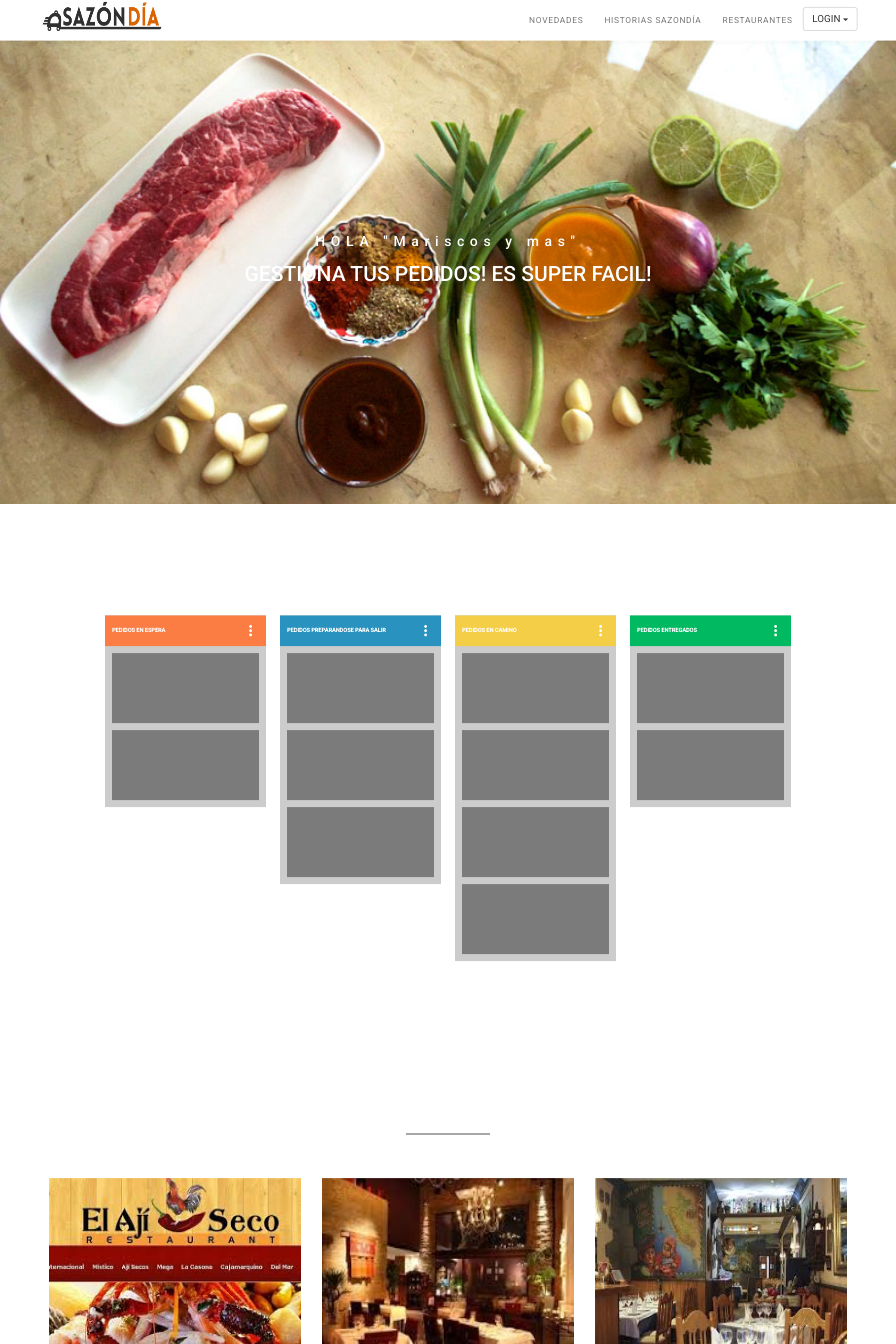
Repository: Liscoder/sazondia
Page: restaurant_kanban.html
The author's editor kept a record of every edit. The page is drawn from the files as they stood at one moment, then again after the next edit.
The browser window is 1280 px wide. The pictures show the part of the page from y = 0 to 1920 px (the page is 3436 px tall), at 70% of full size.
Backgrounds fixed to the window are drawn as part of the page.

Above is the page before.
Console error: ReferenceError: dragula is not defined
Not found: css/nivo_themes/default/default.css

### restaurant_kanban.html
<!DOCTYPE html>
<html lang="en">
<head>
	<meta charset="utf-8">
	<title>SAZONDÍA</title>

	<meta http-equiv="X-UA-Compatible" content="IE=Edge">
	<meta name="viewport" content="width=device-width, initial-scale=1">
	<meta name="keywords" content="">
	<meta name="description" content="">

	<link rel="stylesheet" href="css/bootstrap.min.css">
	<link rel="stylesheet" href="css/animate.min.css">
	<link rel="stylesheet" href="css/font-awesome.min.css">
	<link rel="icon" href="images/favicon.ico" type="image/x-icon">
	<link rel="stylesheet" href="css/nivo-lightbox.css">
	<link rel="stylesheet" href="css/nivo_themes/default/default.css">
	<link rel="stylesheet" href="css/kanban.css">
	<link rel="stylesheet" href="css/style.css">

	<link href='https://fonts.googleapis.com/css?family=Roboto:400,500' rel='stylesheet' type='text/css'>
</head>
<body>

<!-- preloader section -->
<section class="preloader">
	<div class="sk-spinner sk-spinner-pulse"></div>
</section>

<!-- navigation section -->
<section class="navbar navbar-default navbar-fixed-top" role="navigation">
	<div class="container">
		<div class="navbar-header">
			<button class="navbar-toggle" data-toggle="collapse" data-target=".navbar-collapse">
				<span class="icon icon-bar"></span>
				<span class="icon icon-bar"></span>
				<span class="icon icon-bar"></span>
			</button>
			<a href="https://sazondeldia-liscoder.c9users.io/index.html"  class="navbar-brand"><img class="logo" src="images/logo.png"></img></a>
		</div>
		<div class="collapse navbar-collapse">
			<ul class="nav navbar-nav navbar-right">
				<li><a href="#menu" class="smoothScroll">NOVEDADES</a></li>
				<li><a href="#gallery" class="smoothScroll">HISTORIAS SAZONDÍA</a></li>
				<li><a href="#team" class="smoothScroll">RESTAURANTES</a></li>

				  <button class="btn btn-default login dropdown-toggle" type="button" id="dropdownMenu1" data-toggle="dropdown" aria-haspopup="true" aria-expanded="true">
				    LOGIN
				    <span class="caret"></span>
				  </button>
				  <ul class="dropdown-menu" aria-labelledby="dropdownMenu1">
				    <li><a href="https://sazondeldia-liscoder.c9users.io/resultados_cliente.html">USUARIO</a></li>
				    <li><a href="https://sazondeldia-liscoder.c9users.io/calendar_restaurante.html">RESTAURANTE</a></li>
				    <li><a href="https://sazondeldia-liscoder.c9users.io/restaurant_kanban.html">GESTION DE PEDIDOS</a></li>
				  </ul>
			</ul>
		</div>
	</div>
</section>



<!-- home section -->
<section id="home" class="parallax-section">
	<div class="container">
		<div class="row">
			<div class="col-md-12 col-sm-12">
				<h1>HOLA "Mariscos y mas"</h1>
				<h2>GESTIONA TUS PEDIDOS! ES SUPER FACIL!</h2>
			</div>
		</div>
	</div>
</section>


<!-- gallery section -->
<section class="section">
	<h1>Kanban Drag and Drop Interface Layout</h1>
	<h4>Inspired by <a href="https://trello.com/
    ">Trello</a>, and <a href="http://www.google.com/keep/">Google Keep</a>, <a href="http://blog.invisionapp.com/design-project-management-tool/">Invision</a> and <a href="https://twitter.com/aaronstump">@aaronstump</a></h4>
</section>

<div class="drag-container">
	<ul class="drag-list">
		<li class="drag-column drag-column-on-hold">
			<span class="drag-column-header">
				<h2>Pedidos en espera</h2>
				<svg class="drag-header-more" data-target="options1" fill="#FFFFFF" height="24" viewBox="0 0 24 24" width="24"><path d="M0 0h24v24H0z" fill="none"/><path d="M12 8c1.1 0 2-.9 2-2s-.9-2-2-2-2 .9-2 2 .9 2 2 2zm0 2c-1.1 0-2 .9-2 2s.9 2 2 2 2-.9 2-2-.9-2-2-2zm0 6c-1.1 0-2 .9-2 2s.9 2 2 2 2-.9 2-2-.9-2-2-2z"/</svg>
			</span>

			<div class="drag-options" id="options1"></div>

			<ul class="drag-inner-list" id="1">
				<li class="drag-item"></li>
				<li class="drag-item"></li>
			</ul>
		</li>
		<li class="drag-column drag-column-in-progress">
			<span class="drag-column-header">
				<h2>Pedidos preparandose para salir</h2>
				<svg class="drag-header-more" data-target="options2" fill="#FFFFFF" height="24" viewBox="0 0 24 24" width="24"><path d="M0 0h24v24H0z" fill="none"/><path d="M12 8c1.1 0 2-.9 2-2s-.9-2-2-2-2 .9-2 2 .9 2 2 2zm0 2c-1.1 0-2 .9-2 2s.9 2 2 2 2-.9 2-2-.9-2-2-2zm0 6c-1.1 0-2 .9-2 2s.9 2 2 2 2-.9 2-2-.9-2-2-2z"/</svg>
			</span>
			<div class="drag-options" id="options2"></div>
			<ul class="drag-inner-list" id="2">
				<li class="drag-item"></li>
				<li class="drag-item"></li>
				<li class="drag-item"></li>
			</ul>
		</li>
		<li class="drag-column drag-column-needs-review">
			<span class="drag-column-header">
				<h2>Pedidos en camino</h2>
				<svg data-target="options3" class="drag-header-more" fill="#FFFFFF" height="24" viewBox="0 0 24 24" width="24"><path d="M0 0h24v24H0z" fill="none"/><path d="M12 8c1.1 0 2-.9 2-2s-.9-2-2-2-2 .9-2 2 .9 2 2 2zm0 2c-1.1 0-2 .9-2 2s.9 2 2 2 2-.9 2-2-.9-2-2-2zm0 6c-1.1 0-2 .9-2 2s.9 2 2 2 2-.9 2-2-.9-2-2-2z"/</svg>
			</span>
			<div class="drag-options" id="options3"></div>
			<ul class="drag-inner-list" id="3">
				<li class="drag-item"></li>
				<li class="drag-item"></li>
				<li class="drag-item"></li>
				<li class="drag-item"></li>
			</ul>
		</li>
		<li class="drag-column drag-column-approved">
			<span class="drag-column-header">
				<h2>Pedidos entregados</h2>
				<svg data-target="options4" class="drag-header-more" fill="#FFFFFF" height="24" viewBox="0 0 24 24" width="24"><path d="M0 0h24v24H0z" fill="none"/><path d="M12 8c1.1 0 2-.9 2-2s-.9-2-2-2-2 .9-2 2 .9 2 2 2zm0 2c-1.1 0-2 .9-2 2s.9 2 2 2 2-.9 2-2-.9-2-2-2zm0 6c-1.1 0-2 .9-2 2s.9 2 2 2 2-.9 2-2-.9-2-2-2z"/</svg>
			</span>
			<div class="drag-options" id="options4"></div>
			<ul class="drag-inner-list" id="4">
				<li class="drag-item"></li>
				<li class="drag-item"></li>
			</ul>
		</li>
	</ul>
</div>

<section class="section">
	<a href="https://github.com/bevacqua/dragula">Drag and drop functionality by <strong>bevacqua/dragula</strong></a>
</section>



<!-- team section -->
<section id="team" class="parallax-section">
	<div class="container">
		<div class="row">
			<div class="col-md-offset-2 col-md-8 col-sm-12 text-center">
				<h1 class="heading">Meet Zentro chefs</h1>
				<hr>
			</div>
			<div class="col-md-4 col-sm-4 wow fadeInUp" data-wow-delay="0.3s">
				<img src="images/team1.jpg" class="img-responsive center-block" alt="team img">
				<h4>MAS OPCIONES EN EL AJI SECO</h4>
				<h3>Main Chef</h3>
			</div>
			<div class="col-md-4 col-sm-4 wow fadeInUp" data-wow-delay="0.6s">
				<img src="images/team2.jpg" class="img-responsive center-block" alt="team img">
				<h4>MAS OPCIONES EN MATARINA</h4>
				<h3>Pizza Specialist</h3>
			</div>
			<div class="col-md-4 col-sm-4 wow fadeInUp" data-wow-delay="0.9s">
				<img src="images/team3.jpg" class="img-responsive center-block" alt="team img">
				<h4>MAS OPCICIONES EN JADE </h4>
				<h3>New Baker</h3>
			</div>
		</div>
	</div>
</section>


<!-- contact section -->
<section id="contact" class="parallax-section">
	<div class="container">
		<div class="row">
			<div class="col-md-offset-1 col-md-10 col-sm-12 text-center">
				<h1 class="heading">Contact Us</h1>
				<hr>
			</div>
			<div class="col-md-offset-1 col-md-10 col-sm-12 wow fadeIn" data-wow-delay="0.9s">
				<form action="#" method="post">
					<div class="col-md-6 col-sm-6">
						<input name="name" type="text" class="form-control" id="name" placeholder="Name">
				  </div>
					<div class="col-md-6 col-sm-6">
						<input name="email" type="email" class="form-control" id="email" placeholder="Email">
				  </div>
					<div class="col-md-12 col-sm-12">
						<textarea name="message" rows="8" class="form-control" id="message" placeholder="Message"></textarea>
					</div>
					<div class="col-md-offset-3 col-md-6 col-sm-offset-3 col-sm-6">
						<input name="submit" type="submit" class="form-control" id="submit" value="make a reservation">
					</div>
				</form>
			</div>
			<div class="col-md-2 col-sm-1"></div>
		</div>
	</div>
</section>


<!-- footer section -->
<footer class="parallax-section">
	<div class="container">
		<div class="row">
			<div class="col-md-4 col-sm-4 wow fadeInUp" data-wow-delay="0.6s">
				<h2 class="heading">Contact Info.</h2>
				<div class="ph">
					<p><i class="fa fa-phone"></i> Phone</p>
					<h4>090-080-0760</h4>
				</div>
				<div class="address">
					<p><i class="fa fa-map-marker"></i> Our Location</p>
					<h4>120 Duis aute irure, California, USA</h4>
				</div>
			</div>
			<div class="col-md-4 col-sm-4 wow fadeInUp" data-wow-delay="0.6s">
				<h2 class="heading">Open Hours</h2>
					<p>Sunday <span>10:30 AM - 10:00 PM</span></p>
					<p>Mon-Fri <span>9:00 AM - 8:00 PM</span></p>
					<p>Saturday <span>11:30 AM - 10:00 PM</span></p>
			</div>
			<div class="col-md-4 col-sm-4 wow fadeInUp" data-wow-delay="0.6s">
				<h2 class="heading">Follow Us</h2>
				<ul class="social-icon">
					<li><a href="#" class="fa fa-facebook wow bounceIn" data-wow-delay="0.3s"></a></li>
					<li><a href="#" class="fa fa-twitter wow bounceIn" data-wow-delay="0.6s"></a></li>
					<li><a href="#" class="fa fa-behance wow bounceIn" data-wow-delay="0.9s"></a></li>
					<li><a href="#" class="fa fa-dribbble wow bounceIn" data-wow-delay="0.9s"></a></li>
					<li><a href="#" class="fa fa-github wow bounceIn" data-wow-delay="0.9s"></a></li>
				</ul>
			</div>
		</div>
	</div>
</footer>


<!-- copyright section -->
<section id="copyright">
	<div class="container">
		<div class="row">
			<div class="col-md-12 col-sm-12">
				<h3>ZENTRO</h3>
				<p>Copyright © Zentro Restaurant and Cafe

                | Design: <a rel="nofollow" href="http://www.tooplate.com" target="_parent">Tooplate</a></p>
			</div>
		</div>
	</div>
</section>

<!-- JAVASCRIPT JS FILES -->
<script src="js/jquery.js"></script>
<script src="js/bootstrap.min.js"></script>
<script src="js/jquery.parallax.js"></script>
<script src="js/smoothscroll.js"></script>
<script src="js/nivo-lightbox.min.js"></script>
<script src="js/wow.min.js"></script>
<script src="js/custom.js"></script>
<script type="text/javascript" src="js/kanban.js"></script>
<script type="text/javascript" src="js/json.js"></script>

</body>
</html>

### css/kanban.css
* {
  box-sizing: border-box;
}

body {
  background: #33363D;
  color: white;
  font-family: 'Open Sans';
  font-weight: 300;
  line-height: 1.5;
  -webkit-font-smoothing: antialiased;
}

ul {
  list-style-type: none;
  margin: 0;
  padding: 0;
}

.drag-container {
  max-width: 1000px;
  margin: 20px auto;
}

.drag-list {
  display: -webkit-box;
  display: -webkit-flex;
  display: -ms-flexbox;
  display: flex;
  -webkit-box-align: start;
  -webkit-align-items: flex-start;
      -ms-flex-align: start;
          align-items: flex-start;
}
@media (max-width: 690px) {
  .drag-list {
    display: block;
  }
}

.drag-column {
  -webkit-box-flex: 1;
  -webkit-flex: 1;
      -ms-flex: 1;
          flex: 1;
  margin: 0 10px;
  position: relative;
  background: rgba(0, 0, 0, 0.2);
  overflow: hidden;
}
@media (max-width: 690px) {
  .drag-column {
    margin-bottom: 30px;
  }
}
.drag-column h2 {
  font-size: 0.8rem;
  margin: 0;
  text-transform: uppercase;
  font-weight: 600;
}
.drag-column-on-hold .drag-column-header,
.drag-column-on-hold .is-moved,
.drag-column-on-hold .drag-options {
  background: #FB7D44;
}
.drag-column-in-progress .drag-column-header,
.drag-column-in-progress .is-moved,
.drag-column-in-progress .drag-options {
  background: #2A92BF;
}
.drag-column-needs-review .drag-column-header,
.drag-column-needs-review .is-moved,
.drag-column-needs-review .drag-options {
  background: #F4CE46;
}
.drag-column-approved .drag-column-header,
.drag-column-approved .is-moved,
.drag-column-approved .drag-options {
  background: #00B961;
}

.drag-column-header {
  display: -webkit-box;
  display: -webkit-flex;
  display: -ms-flexbox;
  display: flex;
  -webkit-box-align: center;
  -webkit-align-items: center;
      -ms-flex-align: center;
          align-items: center;
  -webkit-box-pack: justify;
  -webkit-justify-content: space-between;
      -ms-flex-pack: justify;
          justify-content: space-between;
  padding: 10px;
}

.drag-inner-list {
  min-height: 50px;
}

.drag-item {
  margin: 10px;
  height: 100px;
  background: rgba(0, 0, 0, 0.4);
  -webkit-transition: all 0.3s cubic-bezier(0.23, 1, 0.32, 1);
  transition: all 0.3s cubic-bezier(0.23, 1, 0.32, 1);
}
.drag-item.is-moving {
  -webkit-transform: scale(1.5);
          transform: scale(1.5);
  background: rgba(0, 0, 0, 0.8);
}

.drag-header-more {
  cursor: pointer;
}

.drag-options {
  position: absolute;
  top: 44px;
  left: 0;
  width: 100%;
  height: 100%;
  padding: 10px;
  -webkit-transform: translateX(100%);
          transform: translateX(100%);
  opacity: 0;
  -webkit-transition: all 0.3s cubic-bezier(0.23, 1, 0.32, 1);
  transition: all 0.3s cubic-bezier(0.23, 1, 0.32, 1);
}
.drag-options.active {
  -webkit-transform: translateX(0);
          transform: translateX(0);
  opacity: 1;
}
.drag-options-label {
  display: block;
  margin: 0 0 5px 0;
}
.drag-options-label input {
  opacity: 0.6;
}
.drag-options-label span {
  display: inline-block;
  font-size: 0.9rem;
  font-weight: 400;
  margin-left: 5px;
}

/* Dragula CSS  */
.gu-mirror {
  position: fixed !important;
  margin: 0 !important;
  z-index: 9999 !important;
  opacity: 0.8;
  list-style-type: none;
}

.gu-hide {
  display: none !important;
}

.gu-unselectable {
  -webkit-user-select: none !important;
  -moz-user-select: none !important;
  -ms-user-select: none !important;
  user-select: none !important;
}

.gu-transit {
  opacity: 0.2;
}

/* Demo info */
.section {
  padding: 20px;
  text-align: center;
}
.section a {
  color: white;
  text-decoration: none;
  font-weight: 300;
}
.section h4 {
  font-weight: 400;
}
.section h4 a {
  font-weight: 600;
}

### css/style.css
/*

Template 2076 Zentro

http://www.tooplate.com/view/2076-zentro

*/

body
	{
		background: #ffffff;
    font-family: 'Roboto', sans-serif;
    font-weight: 400;
    position: relative;
	}

.heading {
  font-size: 22px;
  font-weight: 500;
}

.subheading {
  font-size: 16px;
  padding-bottom: 60px;
}

p {
  color: #848484;
  font-weight: 400;
  font-size: 16px;
  letter-spacing: 0.4px;
  line-height: 28px;
}

hr {
	border-top: 2px solid #828282;
	width: 120px;
}

#menu, #gallery, #team {
	padding-top: 100px;
	padding-bottom: 100px;
}
#menu, #contact {
  background: #f0f0f0;
}

.parallax-section {
  background-attachment: fixed !important;
  background-size: cover !important;
}
.navbar-right .login{
  margin-top:10px;
}
/* preloader section */
.preloader  {
        position: fixed;
        top: 0;
        left: 0;
        width: 100%;
        height: 100%;
        z-index: 99999;
        display: -webkit-flex;
        display: -ms-flexbox;
        display: flex;
        -webkit-flex-flow: row nowrap;
            -ms-flex-flow: row nowrap;
                flex-flow: row nowrap;
        -webkit-justify-content: center;
            -ms-flex-pack: center;
                justify-content: center;
        -webkit-align-items: center;
            -ms-flex-align: center;
                align-items: center;
        background: none repeat scroll 0 0 #fff;
    }
.sk-spinner-pulse {
  width: 40px;
  height: 40px;
  background-color: #F6D76B;
  border-radius: 100%;
  -webkit-animation: sk-pulseScaleOut 1s infinite ease-in-out;
          animation: sk-pulseScaleOut 1s infinite ease-in-out; }

@-webkit-keyframes sk-pulseScaleOut {
  0% {
    -webkit-transform: scale(0);
            transform: scale(0); }
  100% {
    -webkit-transform: scale(1);
            transform: scale(1);
    opacity: 0; } }

@keyframes sk-pulseScaleOut {
  0% {
    -webkit-transform: scale(0);
            transform: scale(0); }
  100% {
    -webkit-transform: scale(1);
            transform: scale(1);
    opacity: 0; } }


/* start navigation */
.navbar-default {
  background: #ffffff;
  box-shadow: 0px 2px 8px 0px rgba(50, 50, 50, 0.04);
  border: none;
  margin-bottom: 0;
}
.navbar-brand, .navbar-nav li a {
  line-height: 28px;
}
.navbar-default .navbar-brand  {
  color: #5C5C5C;
  font-size: 22px;
  font-weight: bold;
  letter-spacing: 2px;
}
.navbar-default .navbar-nav li a {
  font-size: 12px;
  letter-spacing: 1px;
}

/* home section */
#home {
  background: url('../images/home-bg.jpg') 50% 0 repeat-y fixed;
  -webkit-background-size: cover;
  background-size: cover;
  background-position: center;
  color: #ffffff;
  display: -webkit-box;
  display: -webkit-flex;
  display: -ms-flexbox;
  display: flex;
  -webkit-box-align: center;
  -webkit-align-items: center;
      -ms-flex-align: center;
          align-items: center;
  height: 100vh;
  text-align: center;
}
#home h1 {
  font-size: 20px;
  letter-spacing: 8px;
  font-style: normal;
  padding-top: 10px;
}
#home .btn {
  background: transparent;
  border-radius: 0;
  border: 3px solid #ffffff;
  color: #ffffff;
  font-weight: bold;
  letter-spacing: 2px;
  padding: 16px 42px;
  margin-top: 40px;
  transition: all 0.4s ease-in-out;
}
#home .btn:hover {
  background: #ffffff;
  color: #202020;
}

/* team section */
#team {
  text-align: center;
}
#team h3 {
  font-size: 18px;
  line-height: 4px;
}
#team h4 {
  color: #5C5C5C;
  padding-top: 24px;
}
#team .col-md-4 {
 padding-top: 42px;
}

/* menu section */
#menu h4 {
	line-height: 1.5;
}
#menu .col-md-8 {
  padding-bottom: 42px;
}
#menu .col-md-6 {
  padding-bottom: 18px;
}
#menu span {
  color: #5C5C5C;
}

/* gallery section */
#gallery {
  padding-top: 80px;
  padding-bottom: 80px;
}
#gallery .col-md-4 {
  padding-top: 52px;
}
#gallery img {
  width: 100%;
  padding-bottom: 18px;
}
#gallery .col-md-4 div {
  position: relative;
  bottom: 18px;
  padding-bottom: 12px;
}
#gallery h3 {
  font-size: 18px;
  line-height: 8px;
}

/* contact section */
#contact {
  padding-top: 80px;
  padding-bottom: 100px;
}
#contact .col-md-8 {
  margin-bottom: 32px;
}
#contact .form-control {
  background: #ffffff;
  border: none;
  border-radius: 0;
  box-shadow: none;
  margin-top: 10px;
  margin-bottom: 10px;
  transition: all 0.4s ease-in-out;
}
#contact .form-control:focus {
  border-color: #f9f9f9;
}
#contact input {
  height: 48px;
}
#contact input[type="submit"] {
  background: transparent;
  border: 2px solid #999;
  border-radius: 10px;
  letter-spacing: 2px;
  margin-top: 12px;
  height: 50px;
}
#contact input[type="submit"]:hover {
  background: #999;
  color: #ffffff;
}

/* footer section */
footer {
  background: url('../images/footer-bg.jpg') 50% 0 repeat-y fixed;
  -webkit-background-size: cover;
  background-size: cover;
  background-position: center;
  color: #ffffff;
  padding-top: 80px;
  padding-bottom: 80px;
}
footer h2 {
  padding-bottom: 14px;
}
footer h3 {
  padding-top: 8px;
}
footer p {
  color: #ffffff;
}
footer span {
  font-weight: bold;
  padding-left: 24px;
}
footer .ph, footer .address {
  padding-top: 12px;
  padding-bottom: 12px;
}
footer .fa {
  font-size: 12px;
  padding-right: 10px;
}

/* social icon */
.social-icon {
  padding: 0;
}
.social-icon li {
  list-style: none;
  display: inline-block;
  padding: 0;
}
.social-icon li a {
  background: #f0f0f0;
  border-radius: 50%;
  color: #5C5C5C;
  font-size: 16px;
  width: 48px;
  height: 48px;
  line-height: 48px;
  text-align: center;
  text-decoration: none;
  transition: all 0.4s ease-in-out;
  margin-top: 12px;
  margin-right: 16px;
  top: 0;
  position: relative;
  padding: 0;
}
.social-icon li a:hover {
  background: #F6D76B;
  top: 5px;
}

/* copyright section */
#copyright {
  background: #343434;
  color: #ffffff;
  padding-top: 80px;
  padding-bottom: 80px;
  text-align: center;
}
#copyright p {
  color: #ffffff;
}
#copyright a {
  color: #ffffff;
}
#copyright a:hover {
  color: #FF0;
}
.nove .novedades{
  height: 50px;
  width: 100%;
  position:absolute;
 background-color:rgba(0,0,0,0.9);
}
.nove .novedades h2{
  color:#FF9F1C;
  padding:3% 25%;
}
.navbar .logo{
width:40px;
height:50px;
}
.navbar-brand{
padding:0px;
}

.navbar .logo{
width:180px;
height:50px;
}
.novedades{
  text-align:center;
  padding-top: 2%;
  font-size: 30px;
}
.novedades a{
  text-decoration:none;
  color: #E71D36;

}
#team .center-block{
  height:300px;
}
.opacity{
  padding-top:200px;
  background-color:rgba(0,0,0,0.5);
  width:100%;
  height:630px;
}

Loaded but not shown: css/bootstrap.min.css (library); css/animate.min.css (library); css/font-awesome.min.css (library); js/jquery.js (library); js/bootstrap.min.js (library); js/jquery.parallax.js (common file); js/nivo-lightbox.min.js (library); js/wow.min.js (library); js/smoothscroll.js (33 lines, source omitted); js/kanban.js (86 lines, source omitted); js/json.js (36 lines, source omitted); js/custom.js (39 lines, source omitted); css/nivo-lightbox.css (205 lines, source omitted)

After the next edit:
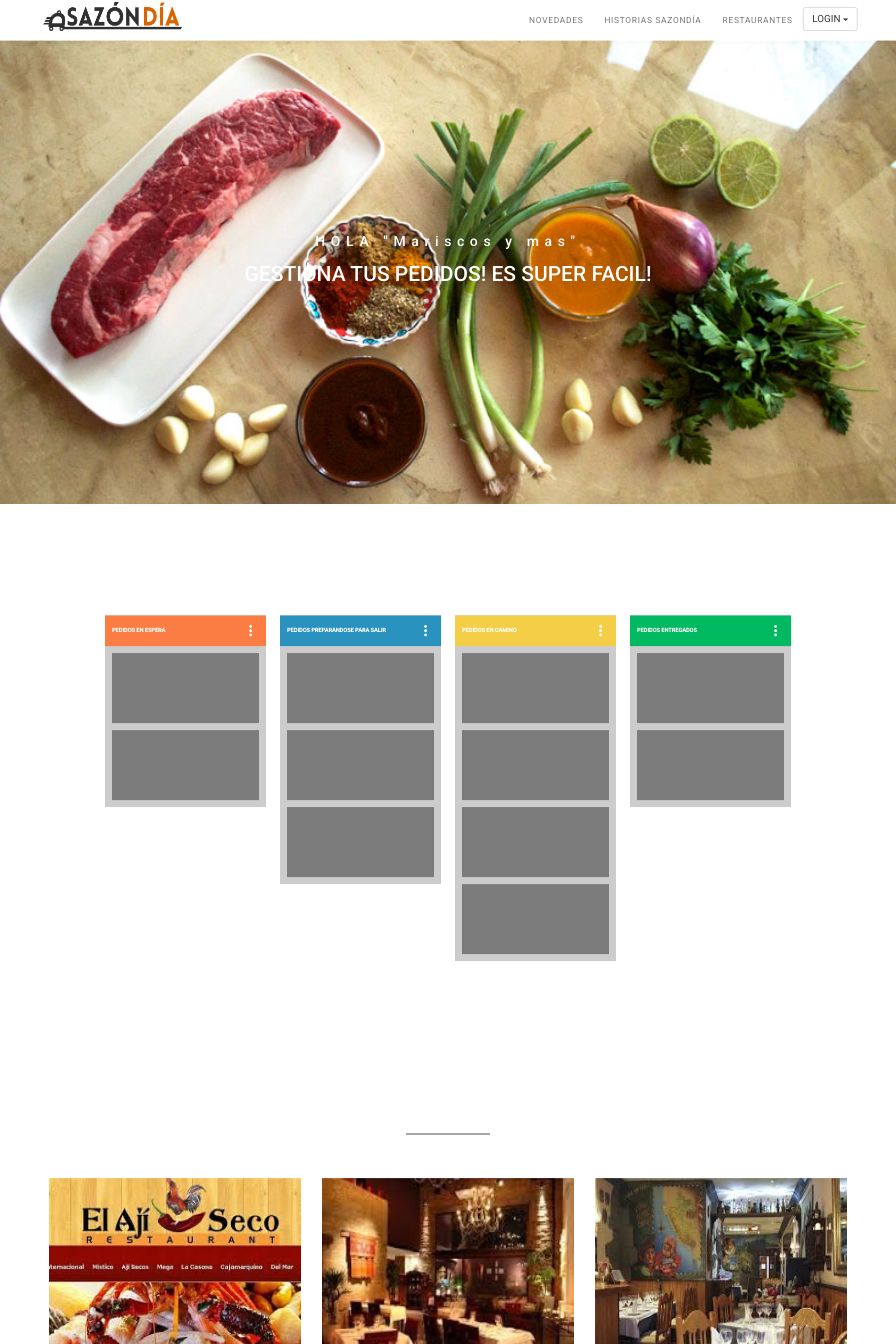
The edit:
--- a/css/style.css
+++ b/css/style.css
@@ -349,7 +349,7 @@
 }
 
 .navbar .logo{
-width:180px;
+width:210px;
 height:50px;
 }
 .novedades{
